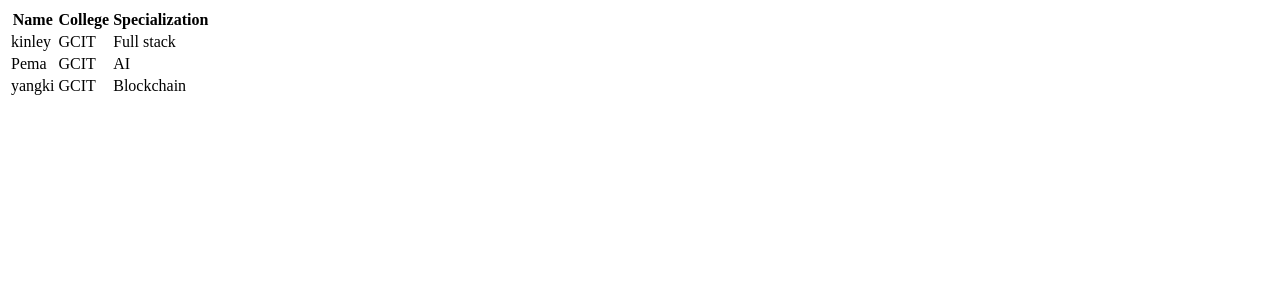
Repository: Pema-yangki/Css
Page: fed.html
These files come from the project's save history. The page is drawn as it stood at one moment and after the next save; the edit follows.
The browser window is 1280 px wide. The pictures show the whole page.

Above is the page before, as saved 2024-03-15 14:39:57.

After the next save:
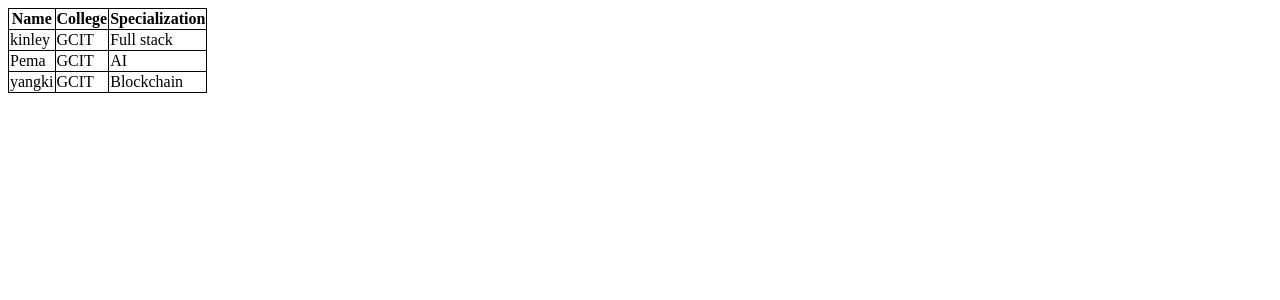
Saved 9 s later.
--- a/fed.html
+++ b/fed.html
@@ -15,7 +15,7 @@
             color:blueviolet
         }
     </style> -->
-    <!-- <style>
+    <style>
         table{
             border: 1px solid black;
             border-collapse: separate;
@@ -26,7 +26,7 @@
             border: 1px solid black;
             border-collapse: collapse;
         }
-    </style> -->
+    </style>
 </head>
 <body>
    <!-- <h1 name = "greetings">hello</h1>
